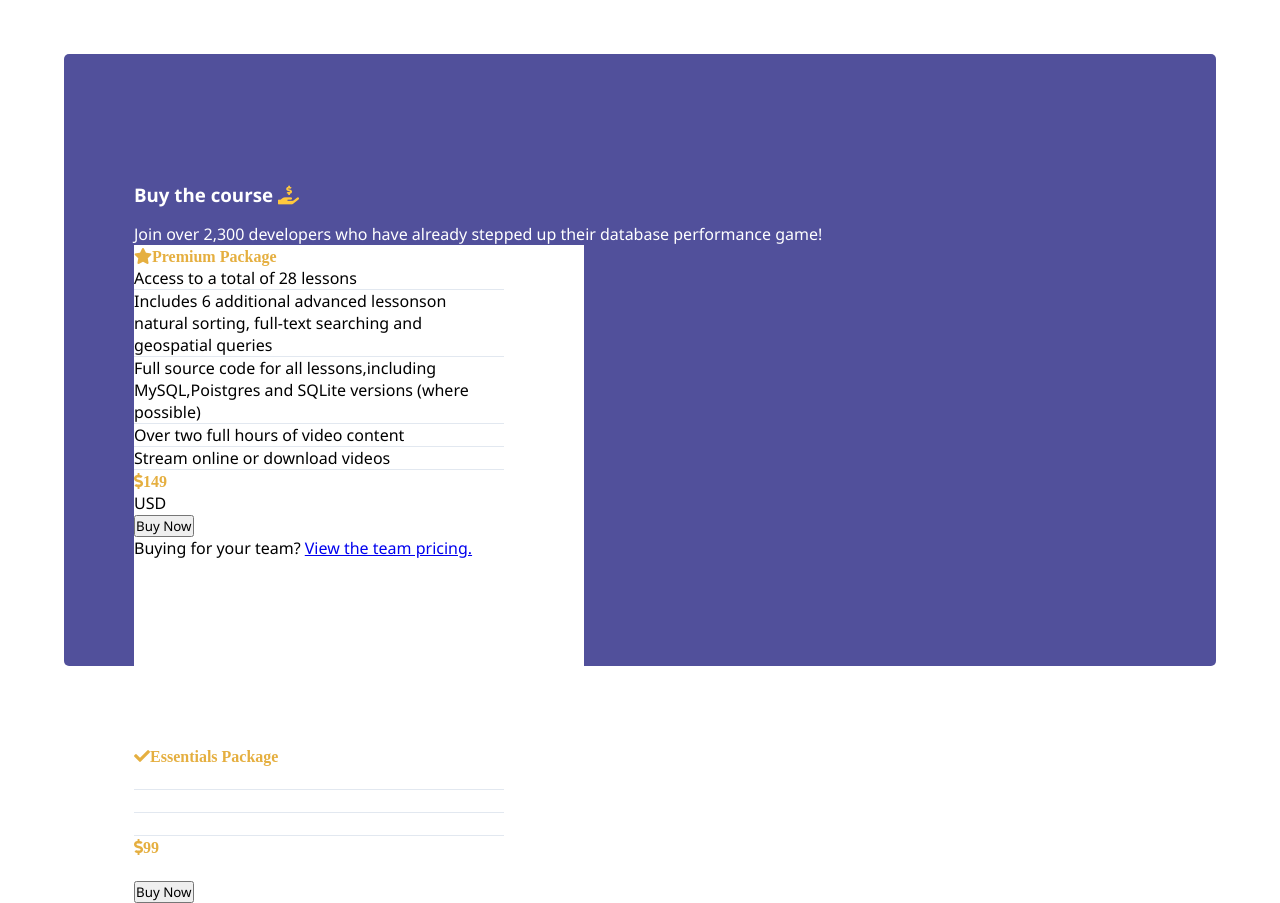
Repository: Z-ayat/Challenges
Page: Challenge 4/index.html
The author's editor kept a copy of each file at every save. The page is drawn from the files as they stood at one save, then again after the next save.
The browser window is 1280 px wide. The pictures show the whole page.

Above is the page before, as saved 2021-09-07 01:07:44.

After the next save:
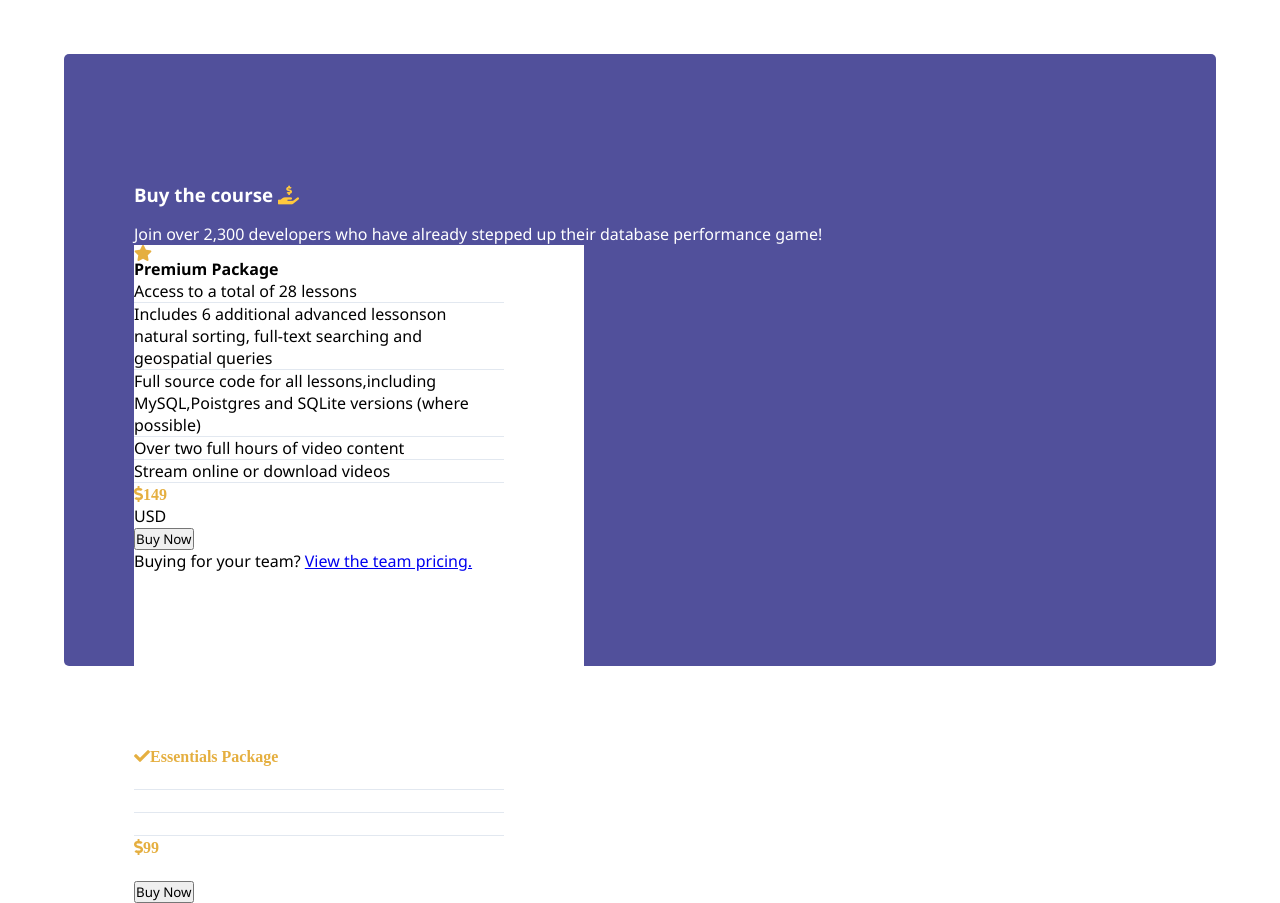
Saved 29 s later.
--- a/Challenge 4/index.html
+++ b/Challenge 4/index.html
@@ -18,7 +18,7 @@
                 <p class="join">Join over 2,300 developers who have already stepped up their database performance game!</p>
             </div>
             <div class="prem-pack">
-                <i class="fas fa-star">Premium Package</i>
+                <i class="fas fa-star"><p class="headtitle">Premium Package</p></i>
                 <p class="specs">Access to a total of 28 lessons</p>
                 <p class="specs"><span class="import">Includes 6 additional advanced lessons</span>on natural sorting, full-text searching and geospatial queries</p>
                 <p class="specs"><span class="import"> Full source code for all lessons,including MySQL,Poistgres and SQLite versions (where possible)</span></p>

After the save that followed:
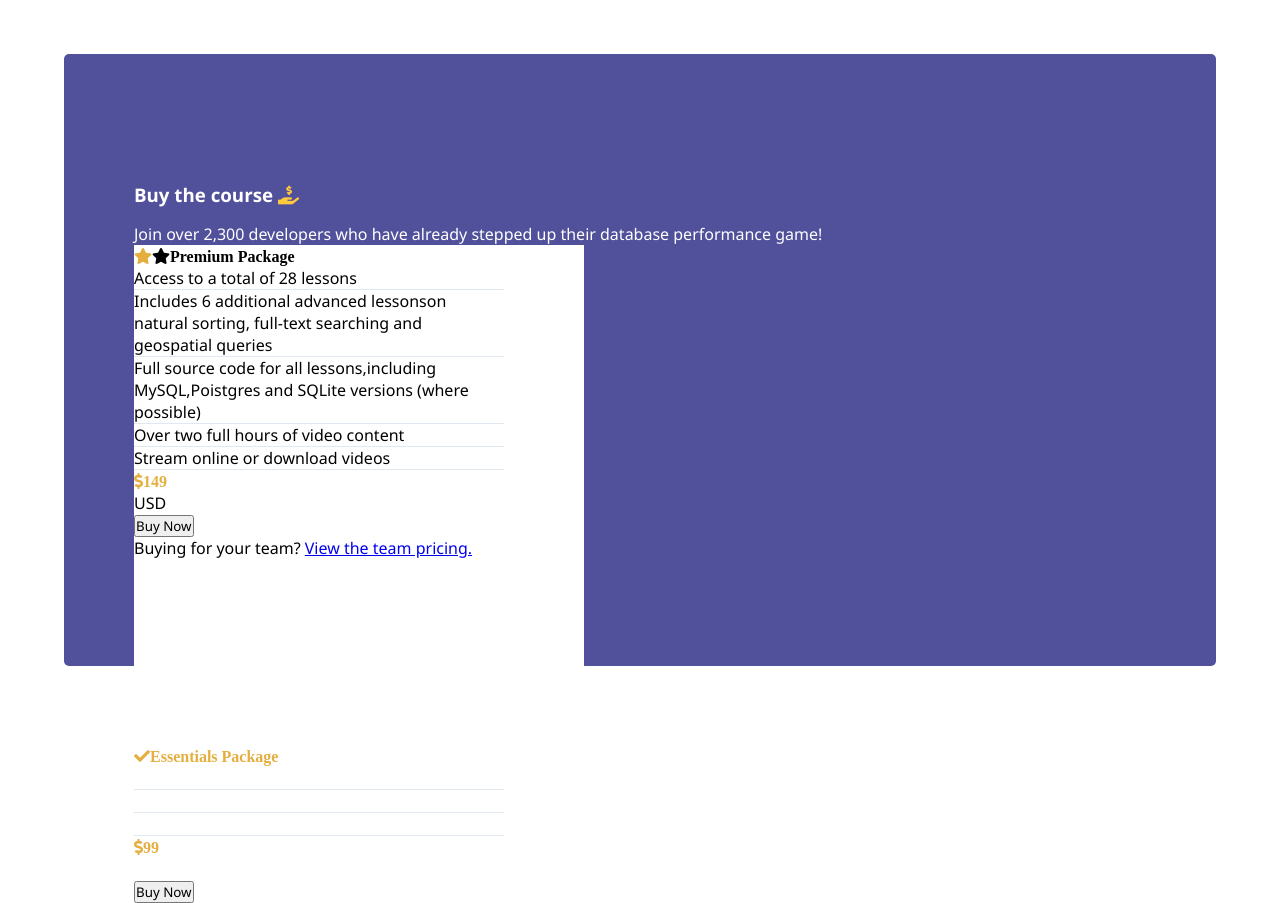
Saved 13 s later.
--- a/Challenge 4/index.html
+++ b/Challenge 4/index.html
@@ -18,7 +18,7 @@
                 <p class="join">Join over 2,300 developers who have already stepped up their database performance game!</p>
             </div>
             <div class="prem-pack">
-                <i class="fas fa-star"><p class="headtitle">Premium Package</p></i>
+                <i class="fas fa-star"><p class="headtitle fas fa-star">Premium Package</p></i>
                 <p class="specs">Access to a total of 28 lessons</p>
                 <p class="specs"><span class="import">Includes 6 additional advanced lessons</span>on natural sorting, full-text searching and geospatial queries</p>
                 <p class="specs"><span class="import"> Full source code for all lessons,including MySQL,Poistgres and SQLite versions (where possible)</span></p>
